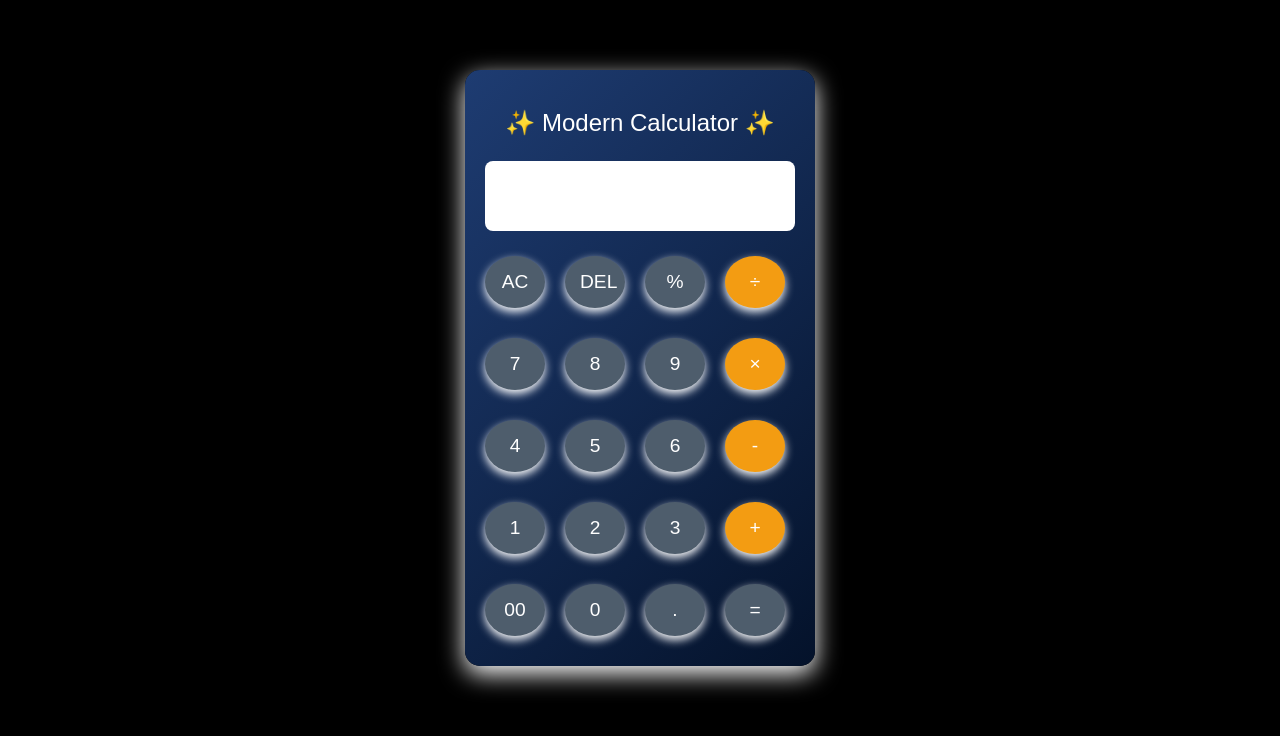
Repository: hawamubarakk/Calculator
Page: calculator.html
The author's editor kept a copy of each file at every save. The page is drawn from the files as they stood at one save, then again after the next save.
The browser window is 1280 px wide. The pictures show the whole page.

Above is the page before, as saved 2025-08-15 22:26:10.

After the next save:
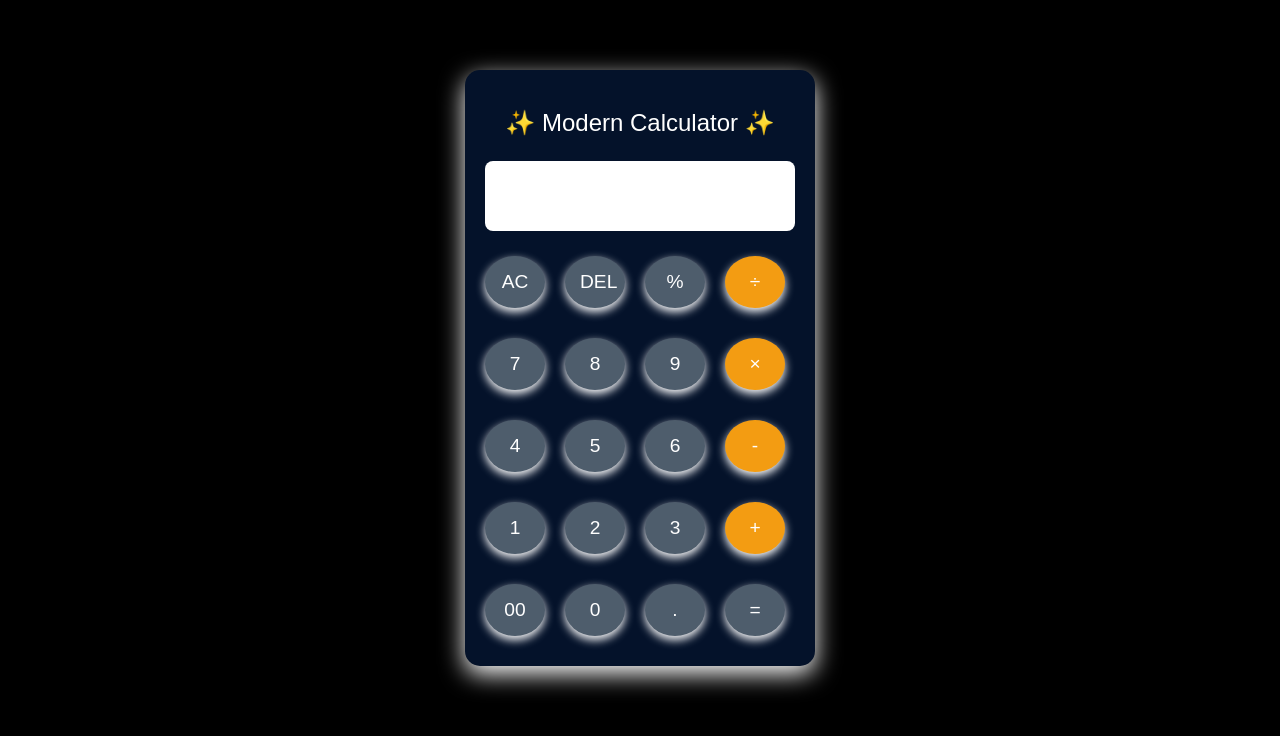
Saved 26 s later.
--- a/style.css
+++ b/style.css
@@ -9,7 +9,7 @@ body {
 }
 
 .calculator-container {
-  background: linear-gradient(135deg, #1e3c72, #04122a);
+  background: #04122a;
   padding: 20px;
   border-radius: 15px;
   box-shadow: 0 8px 25px white;
